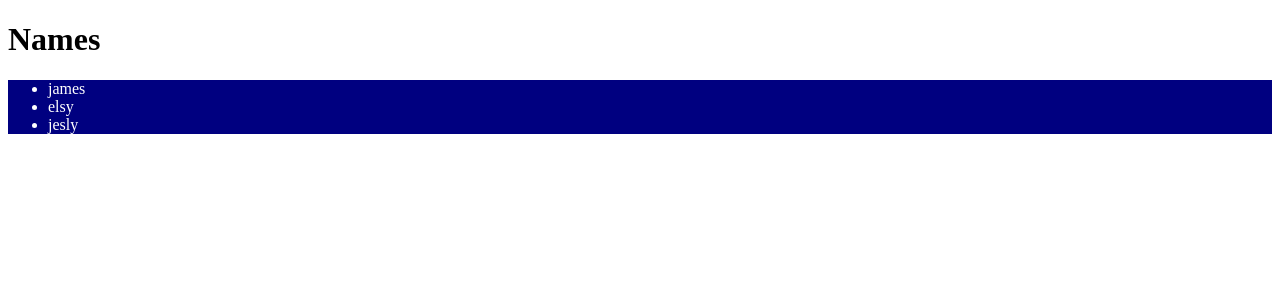
Repository: joyelmk/phpprojectgh
Page: http://localhost/names.php
The author's editor kept a copy of each file at every save. The page is drawn from the files as they stood at one save, then again after the next save.
The browser window is 1280 px wide. The pictures show the whole page.
The page is run by PHP 8.4 with error messages shown; the project is at /var/www/html/.

Above is the page before, as saved 2022-12-14 12:51:14.

### names.php
<?php
$names=['james','elsy', 'jesly',];
?>


<!DOCTYPE html>
<html lang="en">
<head>
    <meta charset="UTF-8">
    <meta http-equiv="X-UA-Compatible" content="IE=edge">
    <meta name="viewport" content="width=device-width, initial-scale=1.0">
    <title>Document</title>
    <style>
        .some-names{
            background-color: navy;
            color: white;
        }
        .more-names{
            background-color: gray;
        }
    </style>
</head>
<body class="">
    <h1>Names</h1>
    <ul class="<?= count($names)> 3 ? 'more-names' : 'some-names' ?>">
        <?php foreach($names as $name){?>
            <li><?=$name ?></li>
            <?php }  ?>


    </ul>


</body>
</html>

After the next save:
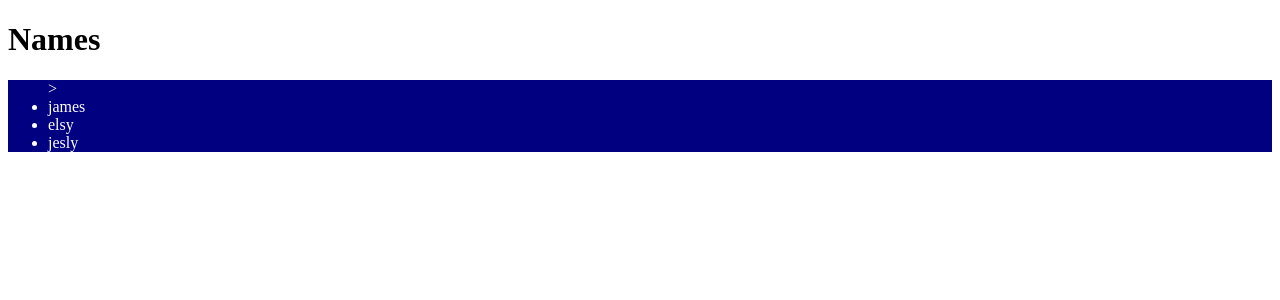
Saved 5 s later.
--- a/names.php
+++ b/names.php
@@ -22,7 +22,7 @@
 </head>
 <body class="">
     <h1>Names</h1>
-    <ul class="<?= count($names)> 3 ? 'more-names' : 'some-names' ?>">
+    <ul class="<?= count($names)> 3 ? 'more-names' : 'some-names' ?>">>
         <?php foreach($names as $name){?>
             <li><?=$name ?></li>
             <?php }  ?>

After the save that followed:
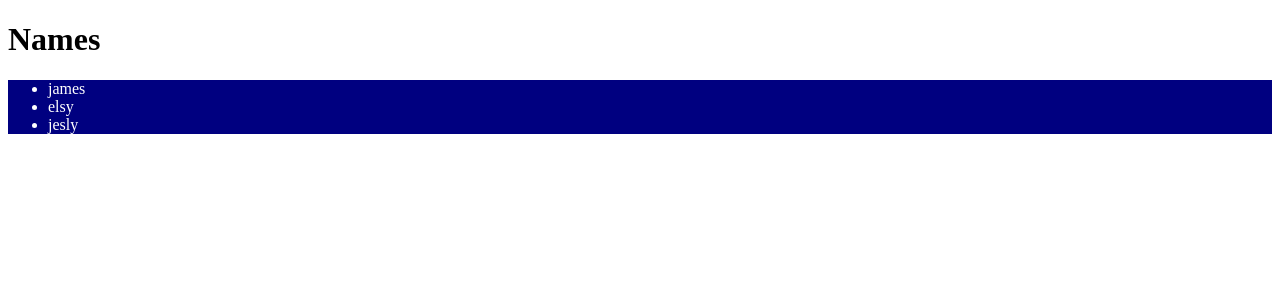
Saved 4 s later.
--- a/names.php
+++ b/names.php
@@ -22,7 +22,7 @@
 </head>
 <body class="">
     <h1>Names</h1>
-    <ul class="<?= count($names)> 3 ? 'more-names' : 'some-names' ?>">>
+    <ul class="<?= count($names)> 3 ? 'more-names' : 'some-names' ?>">
         <?php foreach($names as $name){?>
             <li><?=$name ?></li>
             <?php }  ?>
